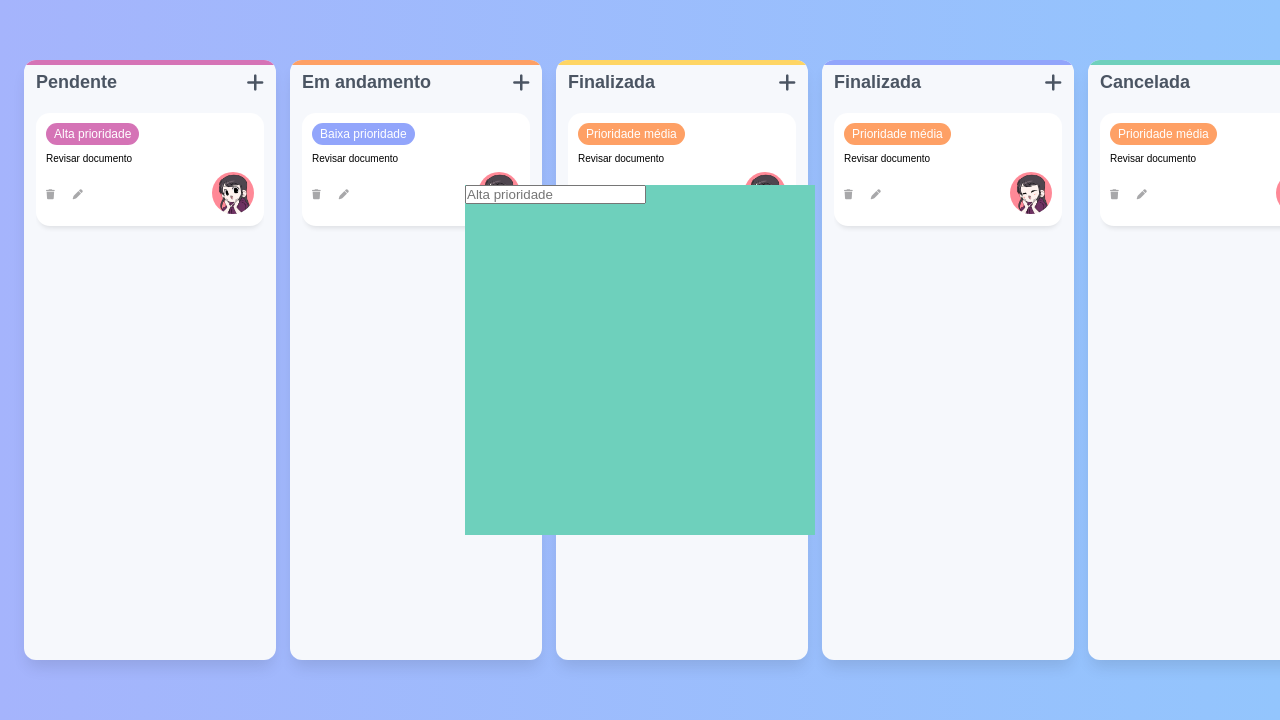
Repository: Marinalr-25/ProjetoToDoList
Page: index.html
The author's editor kept a copy of each file at every save. The page is drawn from the files as they stood at one save, then again after the next save.
The browser window is 1280 px wide. The pictures show the whole page.
Some web fonts or font styles are not loaded; a fallback is used. Some web libraries are served in a nearby version.

Above is the page before, as saved 2024-10-31 15:30:57.

### index.html
<!DOCTYPE html>
<html lang="pt-BR">
  <head>
    <meta charset="UTF-8" />
    <meta name="viewport" content="width=device-width, initial-scale=1.0" />
    <link rel="preconnect" href="https://fonts.googleapis.com" />
    <link rel="preconnect" href="https://fonts.gstatic.com" crossorigin />
    <link
      href="https://fonts.googleapis.com/css2?family=Playpen+Sans:wght@100..800&family=Roboto:ital,wght@0,100;0,300;0,400;0,500;0,700;0,900;1,100;1,300;1,400;1,500;1,700;1,900&display=swap"
      rel="stylesheet"
    />
    <link
      rel="stylesheet"
      href="https://cdnjs.cloudflare.com/ajax/libs/font-awesome/6.6.0/css/all.min.css"
      integrity="sha512-Kc323vGBEqzTmouAECnVceyQqyqdsSiqLQISBL29aUW4U/M7pSPA/gEUZQqv1cwx4OnYxTxve5UMg5GT6L4JJg=="
      crossorigin="anonymous"
      referrerpolicy="no-referrer"
    />
    <link rel="stylesheet" href="css/style.css" />
    <title>Suas tarefas</title>
  </head>
  <body>
    <main class="kanban">
      <!-- coluna 1 -->
      <div class="kanban-column" data-id="1">
        <div class="kanban-title">
          <h2>Pendente</h2>
          <button class="add-card"><i class="fa-solid fa-plus"></i></button>
        </div>
        <div class="kanban-cards">
          <div class="kanban-card" draggable="true">
            <div class="badge high">
              <span>Alta prioridade</span>
            </div>
            <p class="card-title">Revisar documento</p>
            <div class="card-infos">
              <div class="card-icons">
                <p>
                  <i class="fa-solid fa-trash"></i>
                </p>
                <p>
                  <i class="fa-solid fa-pen"></i>
                </p>
              </div>
              <div class="user">
                <img src="images/iconePerfil1.png" alt="avatar1" />
              </div>
            </div>
          </div>
        </div>
      </div>
      <!-- coluna 2 -->
      <div class="kanban-column" data-id="2">
        <div class="kanban-title">
          <h2>Em andamento</h2>
          <button class="add-card"><i class="fa-solid fa-plus"></i></button>
        </div>
        <div class="kanban-cards">
          <div class="kanban-card" draggable="true">
            <div class="badge low">
              <span>Baixa prioridade</span>
            </div>
            <p class="card-title">Revisar documento</p>
            <div class="card-infos">
              <div class="card-icons">
                <p>
                  <i class="fa-solid fa-trash"></i>
                </p>
                <p>
                  <i class="fa-solid fa-pen"></i>
                </p>
              </div>
              <div class="user">
                <img src="images/iconePerfil2.png" alt="avatar2" />
              </div>
            </div>
          </div>
        </div>
      </div>
      <!-- coluna 3 -->
      <div class="kanban-column" data-id="3">
        <div class="kanban-title">
          <h2>Finalizada</h2>
          <button class="add-card"><i class="fa-solid fa-plus"></i></button>
        </div>
        <div class="kanban-cards">
          <div class="kanban-card" draggable="true">
            <div class="badge medium">
              <span>Prioridade média</span>
            </div>
            <p class="card-title">Revisar documento</p>
            <div class="card-infos">
              <div class="card-icons">
                <p>
                  <i class="fa-solid fa-trash"></i>
                </p>
                <p>
                  <i class="fa-solid fa-pen"></i>
                </p>
              </div>
              <div class="user">
                <img src="images/iconePerfil2.png" alt="avatar2" />
              </div>
            </div>
          </div>
        </div>
      </div>
      <!-- coluna 4 -->
      <div class="kanban-column" data-id="4">
        <div class="kanban-title">
          <h2>Finalizada</h2>
          <button class="add-card"><i class="fa-solid fa-plus"></i></button>
        </div>
        <div class="kanban-cards">
          <div class="kanban-card" draggable="true">
            <div class="badge medium">
              <span>Prioridade média</span>
            </div>
            <p class="card-title">Revisar documento</p>
            <div class="card-infos">
              <div class="card-icons">
                <p>
                  <i class="fa-solid fa-trash"></i>
                </p>
                <p>
                  <i class="fa-solid fa-pen"></i>
                </p>
              </div>
              <div class="user">
                <img src="images/iconePerfil2.png" alt="avatar2" />
              </div>
            </div>
          </div>
        </div>
      </div>
      <!-- coluna 5 -->
      <div class="kanban-column" data-id="5">
        <div class="kanban-title">
          <h2>Cancelada</h2>
          <button class="add-card"><i class="fa-solid fa-plus"></i></button>
        </div>
        <div class="kanban-cards">
          <div class="kanban-card" draggable="true">
            <div class="badge medium">
              <span>Prioridade média</span>
            </div>
            <p class="card-title">Revisar documento</p>
            <div class="card-infos">
              <div class="card-icons">
                <p>
                  <i class="fa-solid fa-trash"></i>
                </p>
                <p>
                  <i class="fa-solid fa-pen"></i>
                </p>
              </div>
              <div class="user">
                <img src="images/iconePerfil2.png" alt="avatar2" />
              </div>
            </div>
          </div>
        </div>
      </div>

      <div class="adicionando">
        <label for="prioridade"></label>
        <input
          type="text"
          name="prioridade"
          id="prioridade"
          placeholder="Alta prioridade"
        />
      </div>
    </main>
    <script src="javascript/script.js"></script>
  </body>
</html>

### css/style.css
* {
  padding: 0;
  margin: 0;
  box-sizing: border-box;
}

*::-webkit-scrollbar {
  width: 0.8rem;
}

*::-webkit-scrollbar-track {
  background-color: #eaeffa;
  border-radius: 0.8rem;
}
*::-webkit-scrollbar-thumb {
  background-color: #b7d3fb;
  border-radius: 2rem;
}

html {
  font-size: 62.5%;
}

body {
  font-family: 'Playpen Sans', sans-serif;
  min-height: 100vh;
  display: flex;
  justify-content: center;
  align-items: center;
  background: linear-gradient(90deg, #a5b4fc, #93c5fd);
}

.kanban {
  display: flex;
  gap: 1.4rem;
  padding: 2.4rem;
  width: 100%;
  height: 90vh;
  overflow-x: auto;
}

.kanban-column {
  display: flex;
  flex-direction: column;
  gap: 1.8rem;
  height: 100%;
  overflow-y: auto;
  background-color: #f6f8fc;
  border-radius: 1.2rem;
  box-shadow: 0 1rem 1.5rem -0.3rem rgba(0, 0, 0, 0.1);
  padding: 1.2rem;
  overflow: hidden;
  min-width: 25.2rem;
  position: relative;

  &::after {
    position: absolute;
    content: '';
    top: 0;
    left: 0;
    height: 0.5rem;
    width: 100%;
  }
  &[data-id='1']::after {
    background-color: #d573b6;
  }
  &[data-id='2']::after {
    background-color: #fea065;
  }
  &[data-id='3']::after {
    background-color: #fed565;
  }
  &[data-id='4']::after {
    background-color: #92a5fb;
  }
  &[data-id='5']::after {
    background-color: #6ed0bc;
  }
}

.kanban-title {
  display: flex;
  justify-content: space-between;

  & h2 {
    font-size: 1.8rem;
    color: #4b5563;
    font-weight: 600;
  }
}

.add-card {
  color: #4b5563;
  font-size: 2rem;
  background-color: transparent;
  cursor: pointer;
  border: none;
}

.kanban-cards {
  display: flex;
  flex-direction: column;
  gap: 0.8rem;
  height: 100%;
  overflow-x: hidden;
  overflow-y: auto;
}

.kanban-card {
  display: flex;
  flex-direction: column;
  gap: 0.8rem;
  background-color: #ffffff;
  padding: 1rem;
  border-radius: 1.4rem;
  box-shadow: 0 0.5rem 0.5rem -0.3rem rgba(0, 0, 0, 0.1);
  cursor: pointer;
}

.badge {
  color: #ffffff;
  width: fit-content;
  font-size: 1.2rem;
  padding: 0.4rem 0.8rem;
  border-radius: 1.2rem;

  &.high {
    background-color: #d573b6;
  }
  &.medium {
    background-color: #fea065;
  }
  &.low {
    background-color: #92a5fb;
  }
}

.dragging {
  opacity: 0.5;
}

.card-infos {
  display: flex;
  justify-content: space-between;
  align-items: center;
}
.card-icons {
  display: flex;
  gap: 1.8rem;
  & i {
    color: #a8a8aa;
  }
}

.cards-hover {
  background-color: #eaeffa;
  border-radius: 0.8rem;
}

.user img {
  width: 4.2rem;
  height: 4.2rem;
  border-radius: 100%;
  object-fit: cover;
}

.adicionando {
  position: fixed;
  top: 50%;
  left: 50%;
  transform: translate(-50%, -50%);
  width: 35rem;
  height: 35rem;
  background-color: #6ed0bc;
}

.input[type='text'] {
  background-color: #fed565;
  border-radius: 0.5rem;
}

### javascript/script.js
document.addEventListener('DOMContentLoaded', function () {
  const cards = document.querySelectorAll('.kanban-card');
  const colunas = document.querySelectorAll('.kanban-cards');
  const mais = document.querySelectorAll('.fa-solid.fa-plus');
  console.log(mais);
  let dragCard = null;

  cards.forEach((card) => {
    card.addEventListener('dragstart', (e) => {
      dragCard = card;
      e.currentTarget.classList.add('dragging');
    });
    card.addEventListener('dragend', (e) => {
      e.currentTarget.classList.remove('dragging');
      dragCard = null;
    });
  });

  colunas.forEach((coluna) => {
    coluna.addEventListener('dragover', (e) => {
      e.preventDefault();
      e.currentTarget.classList.add('cards-hover');
    });
    coluna.addEventListener('dragleave', (e) => {
      e.currentTarget.classList.remove('cards-hover');
    });
    coluna.addEventListener('drop', (e) => {
      e.preventDefault();
      e.currentTarget.classList.remove('cards-hover');
      if (dragCard) {
        e.currentTarget.appendChild(dragCard);
      }
    });
  });

  mais.forEach((adicionar) => {
    adicionar.addEventListener;
  });
});

After the next save:
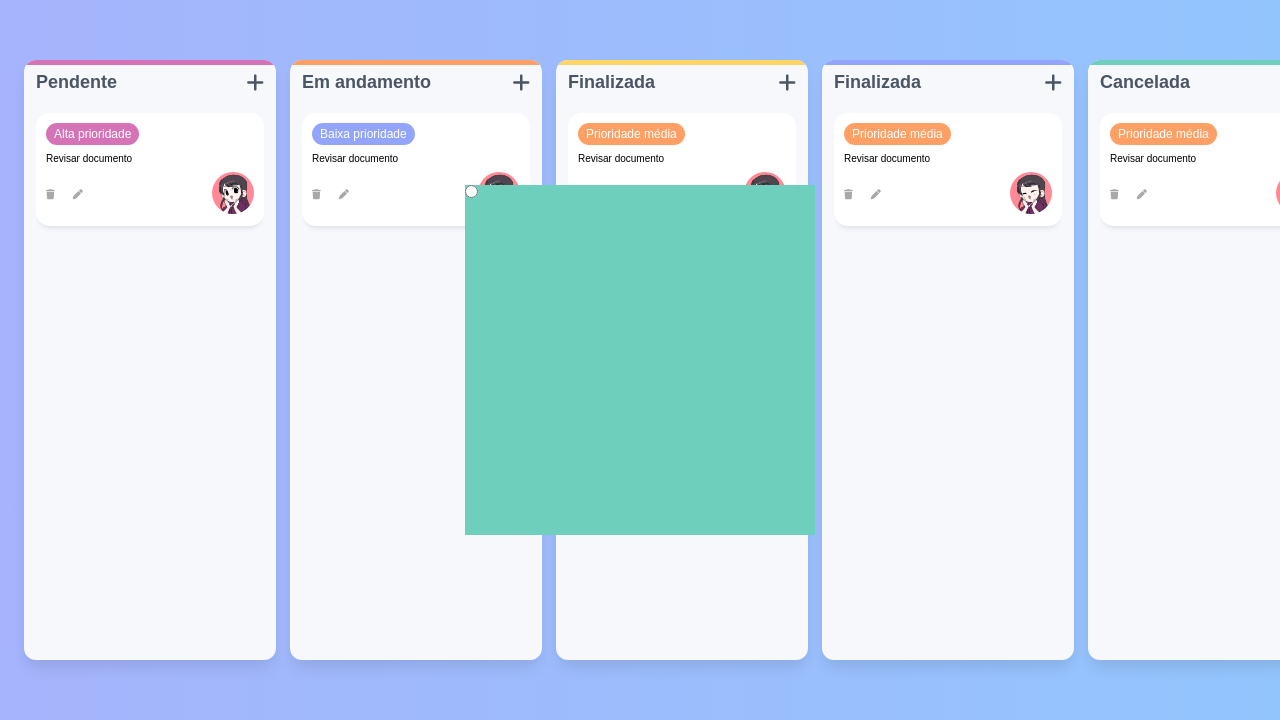
Saved 42 s later.
--- a/index.html
+++ b/index.html
@@ -165,7 +165,7 @@
       <div class="adicionando">
         <label for="prioridade"></label>
         <input
-          type="text"
+          type="radio"
           name="prioridade"
           id="prioridade"
           placeholder="Alta prioridade"
